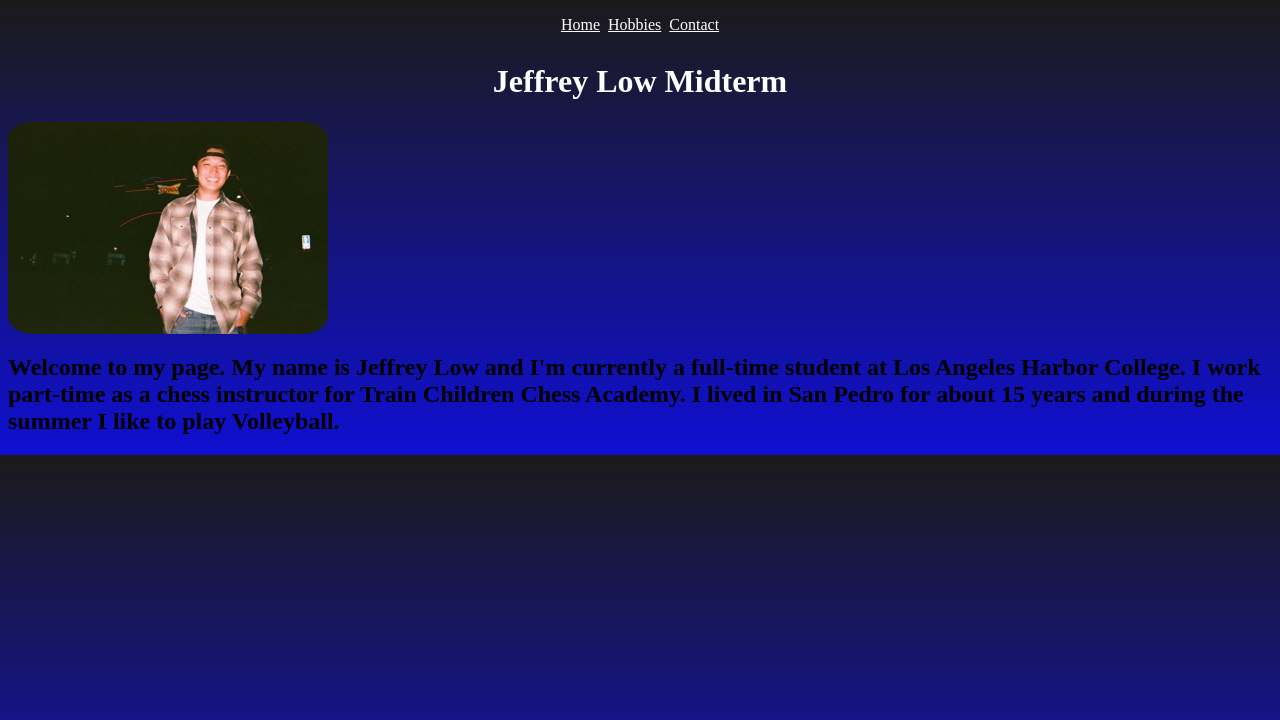
Repository: sebas6292/Jeff-Midterm
Page: home.html
An editor plug-in stored every save of this project. The page is shown before and after the next save, followed by the edit.
The browser window is 1280 px wide. The pictures show the whole page.

Above is the page before, as saved 2023-04-30 23:39:01.

### home.html
<!DOCTYPE html>
<html lang="en">
  <head>
    <title>Home</title>
    <meta charset="UTF-8" />
    <meta name="viewport" content="width=device-width" />
    <link rel="stylesheet" href="styles.css" />
  </head>
  <body>
    <nav>
      <a href="/home.html">Home</a>
      <a href="/hobby.html">Hobbies</a>
      <a href="/contact.html">Contact</a>
    </nav>
    <main>
      <h1>Jeffrey Low Midterm</h1>
      <section class="home-summary">
        <div>
        <img src="pics/Swag.jpeg">
        <h2>Welcome to my page. My name is Jeffrey Low and I'm currently a full-time student at Los Angeles Harbor College. I work part-time as a chess instructor for Train Children Chess Academy. I lived in San Pedro for about 15 years and during the summer I like to play Volleyball. </h2>
    </div>
      </section>
      <!-- <h1>Contact</h1>
      <section class="contact-info" >
        <div>
            <img src="pics/Swag.jpeg"/>
            <p>City: San Pedro, CA</p>
            <p>Email: Juniorl99@live.com</p>
            <p>Cell: (310) 920-7152</p>
            <p>Discord: Desh#1308</p>
        </div>
      </section> -->
    </main>
  </body>
</html>

### styles.css
body {
  background: linear-gradient(rgb(27, 26, 26), rgb(15, 15, 210));
}

nav {
  display: flex;
  flex-wrap: wrap;
  align-items: center;
  justify-content: center;
  padding: 0.5rem;
  gap: 0.5rem;
}
nav, a, h1, p{
  color: white
}

.title {
  display: flex;
  justify-content: center;
}

/* .home-summary {
  display: flex;
  justify-content: center;
} */

/* hobbies */
.container {
  display: flex;
  flex-wrap: wrap;
  justify-content: center ;
}
.box-container {
  padding: 1rem;
}
.img-hobbies {
  border-radius: 10%;
}

h1, .contact-info, img {
  display: flex;
  justify-content: center;
  border-radius: 8%;
}

After the next save:
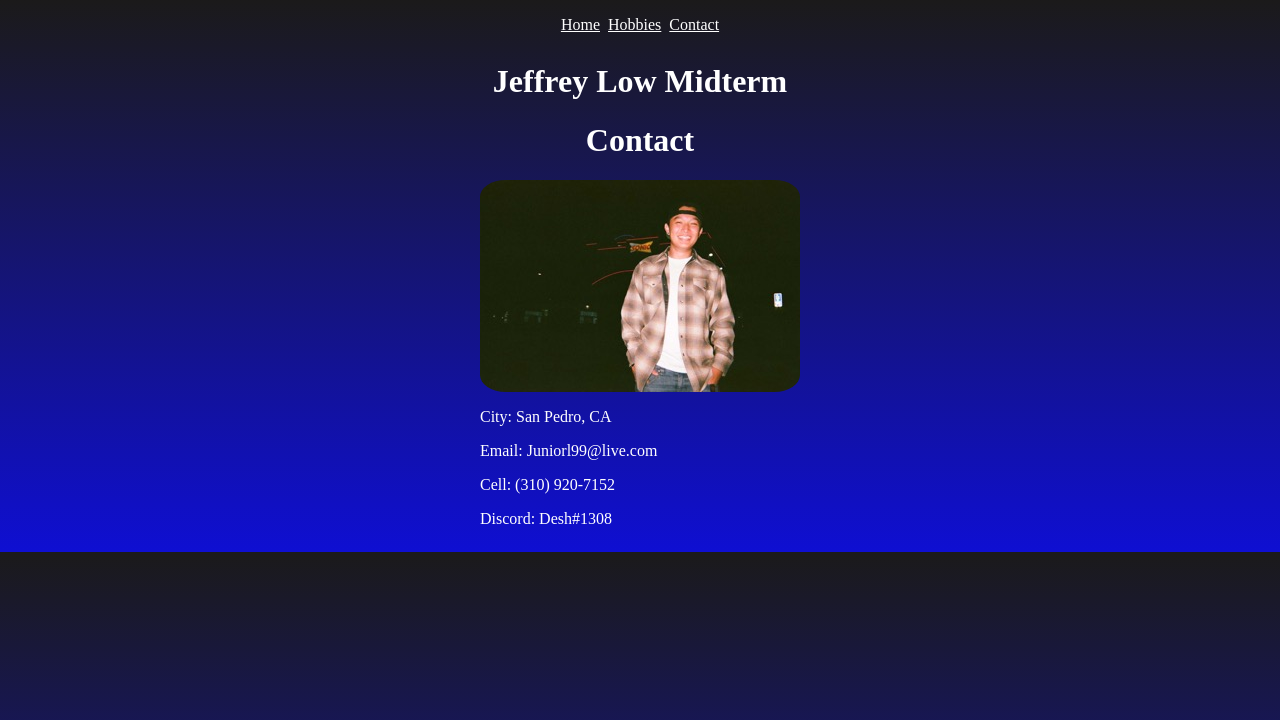
Saved 2 min 49 s later.
--- a/home.html
+++ b/home.html
@@ -14,13 +14,13 @@
     </nav>
     <main>
       <h1>Jeffrey Low Midterm</h1>
-      <section class="home-summary">
+      <!-- <section class="home-summary">
         <div>
         <img src="pics/Swag.jpeg">
         <h2>Welcome to my page. My name is Jeffrey Low and I'm currently a full-time student at Los Angeles Harbor College. I work part-time as a chess instructor for Train Children Chess Academy. I lived in San Pedro for about 15 years and during the summer I like to play Volleyball. </h2>
     </div>
-      </section>
-      <!-- <h1>Contact</h1>
+      </section> -->
+      <h1>Contact</h1>
       <section class="contact-info" >
         <div>
             <img src="pics/Swag.jpeg"/>
@@ -29,7 +29,7 @@
             <p>Cell: (310) 920-7152</p>
             <p>Discord: Desh#1308</p>
         </div>
-      </section> -->
+      </section>
     </main>
   </body>
 </html>
